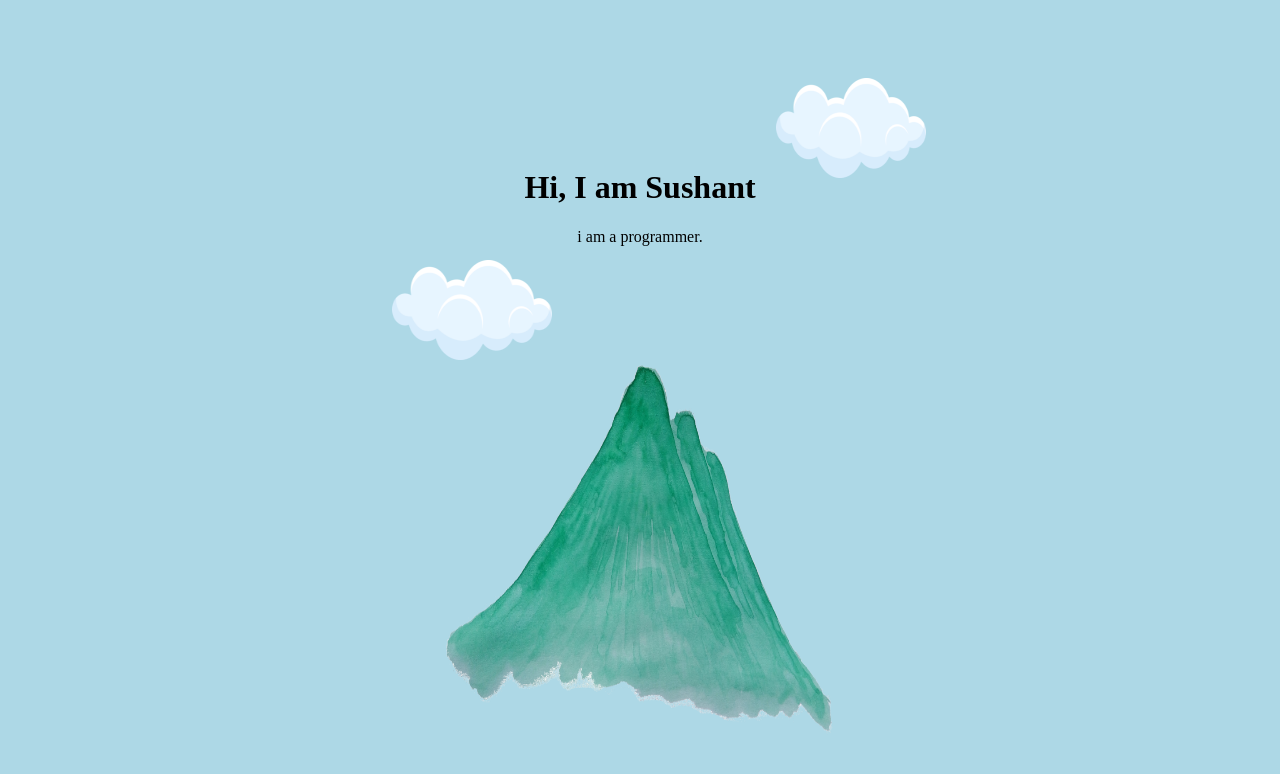
Repository: Sushant203/myPersonalSite
Page: index.html
The author's editor kept a copy of each file at every save. The page is drawn from the files as they stood at one save, then again after the next save.
The browser window is 1280 px wide. The pictures show the whole page.

Above is the page before, as saved 2022-12-09 18:28:16.

After the next save:
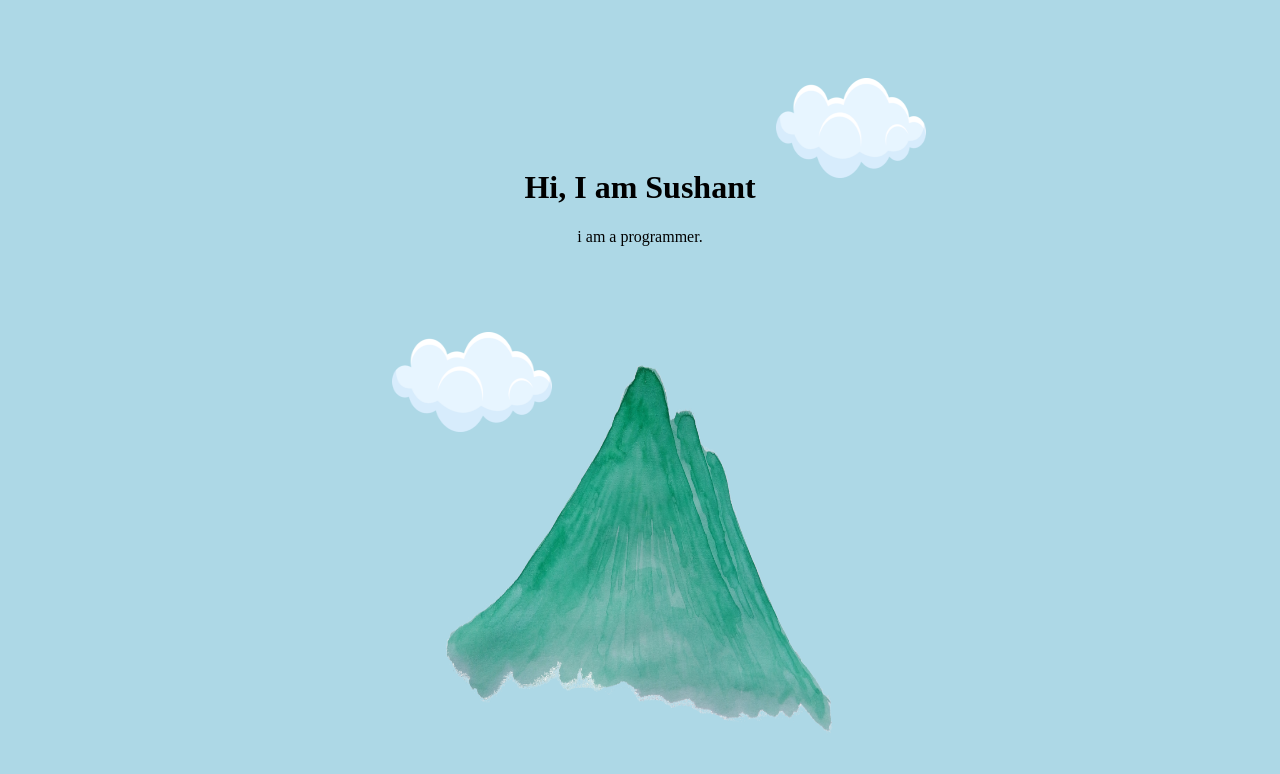
Saved 33 s later.
--- a/css/style.css
+++ b/css/style.css
@@ -29,7 +29,7 @@
     height: 100px;
     width: 160px;
     position: absolute;
-    top: 35vh;
+    /* top: 35vh; */
     left: 30vw;
 }
 

After the save that followed:
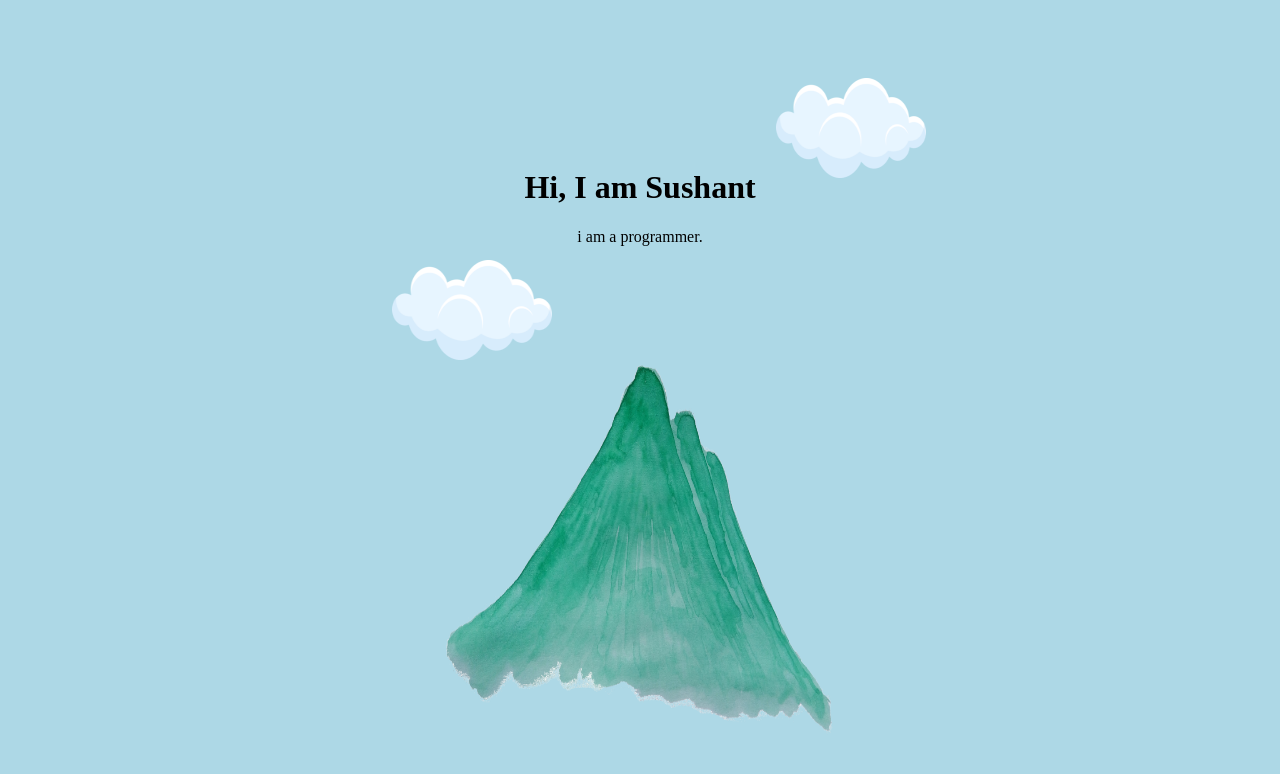
Saved 8 s later.
--- a/css/style.css
+++ b/css/style.css
@@ -29,7 +29,7 @@
     height: 100px;
     width: 160px;
     position: absolute;
-    /* top: 35vh; */
+    top: 35vh;
     left: 30vw;
 }
 
